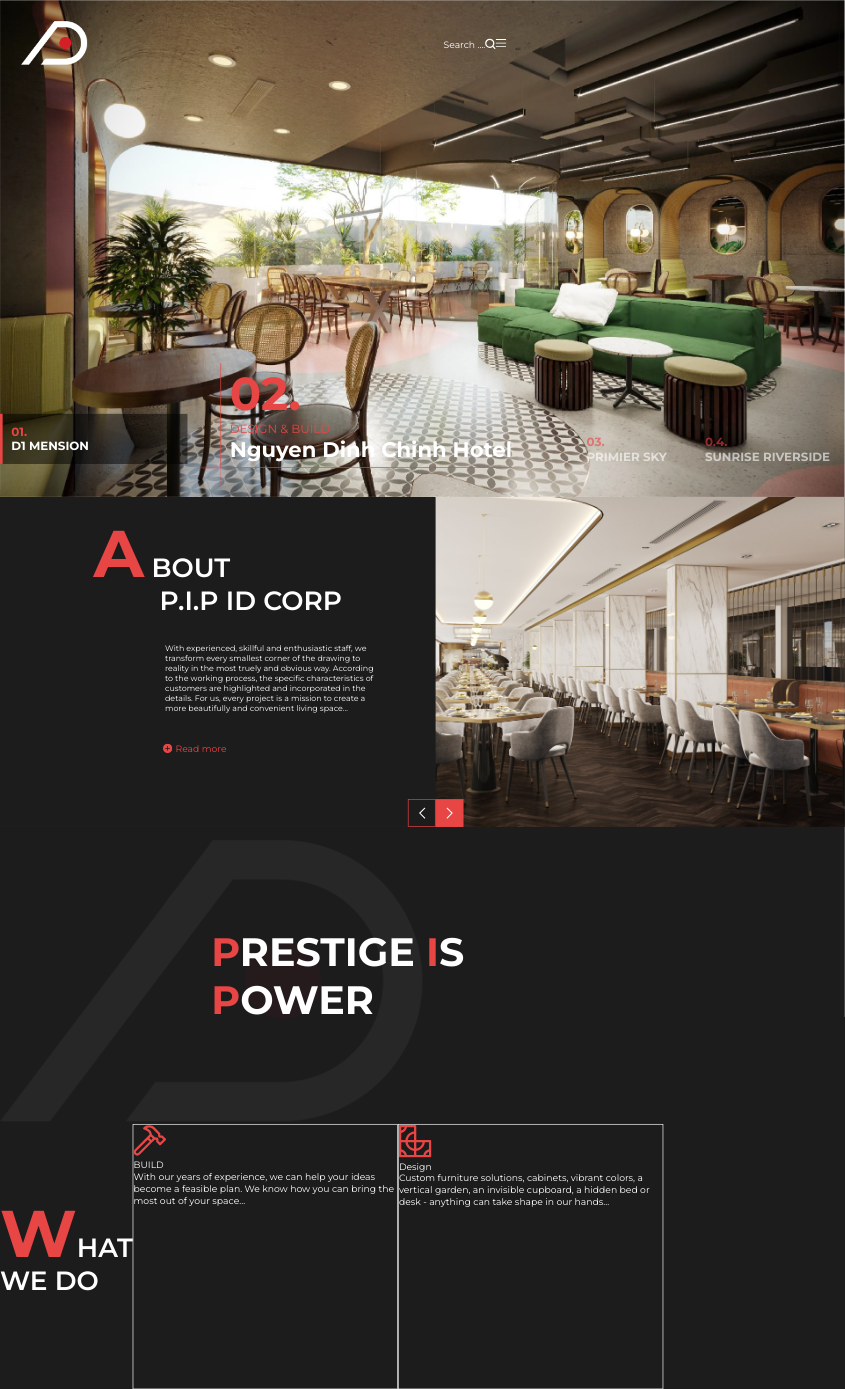
Repository: huudang2840/pipHomePage
Page: index.html
An editor plug-in stored every save of this project. The page is shown before and after the next save, followed by the edit.
The browser window is 1280 px wide. The pictures show the whole page, at 66% of full size.

Above is the page before, as saved 2023-03-21 15:05:54.

After the next save:
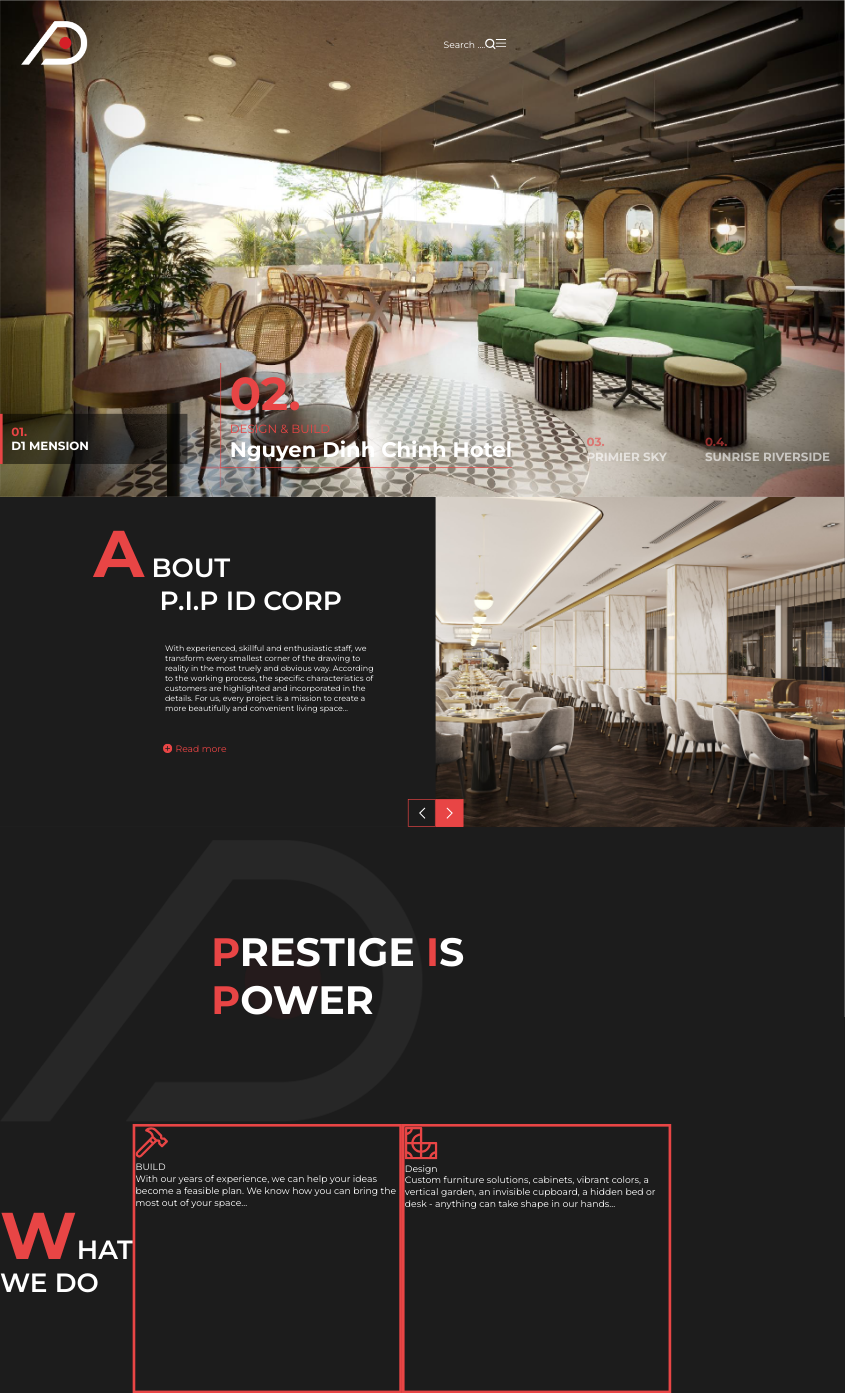
Saved 35 s later.
--- a/style/style.css
+++ b/style/style.css
@@ -274,7 +274,7 @@
 .wedo__bottom__item {
   height: 400px;
   width: 400px;
-  border: 1px solid;
+  border: 4px solid var(--color-red);
 }
 
 .wedo__bottom h1 {
